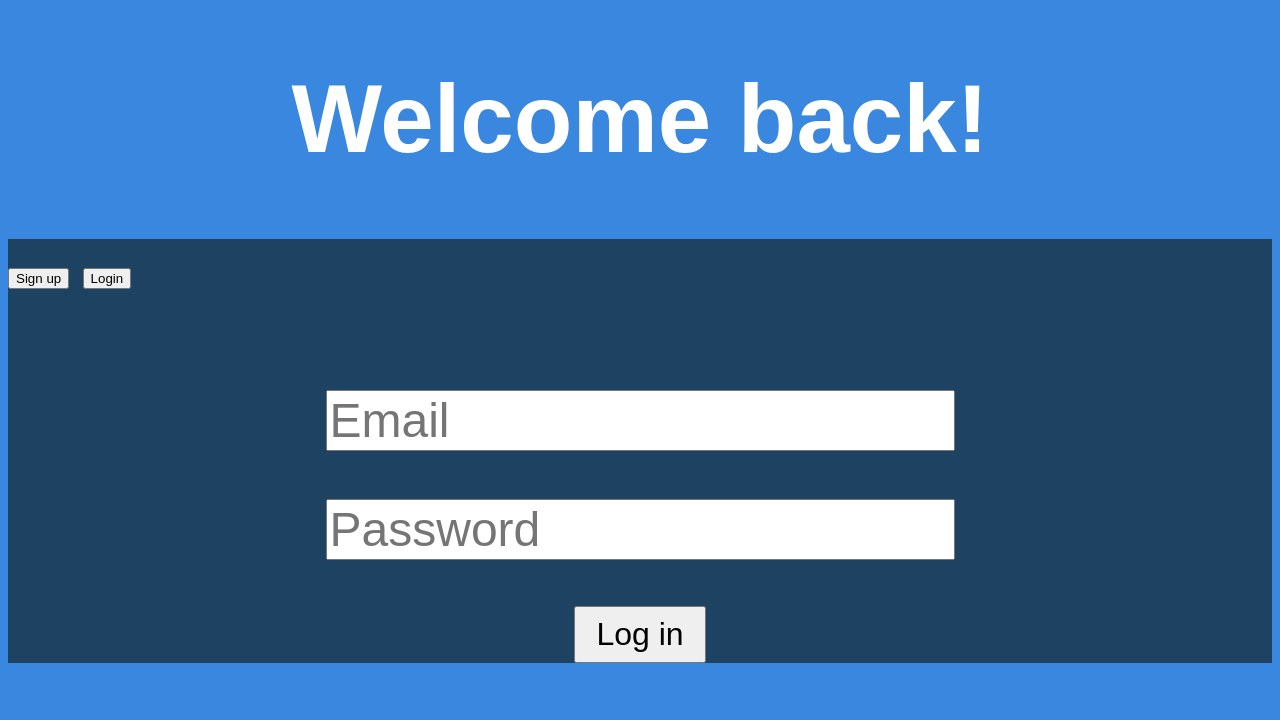
Repository: NicolasssCarlos/basic-flask-login
Page: http://localhost/
These files come from the project's save history. The page is drawn as it stood at one moment and after the next save; the edit follows.
The browser window is 1280 px wide. The pictures show the whole page.
The page is served by the project's application, run on Flask 3 (app.py).

Above is the page before, as saved 2025-06-11 20:35:50.

After the next save:
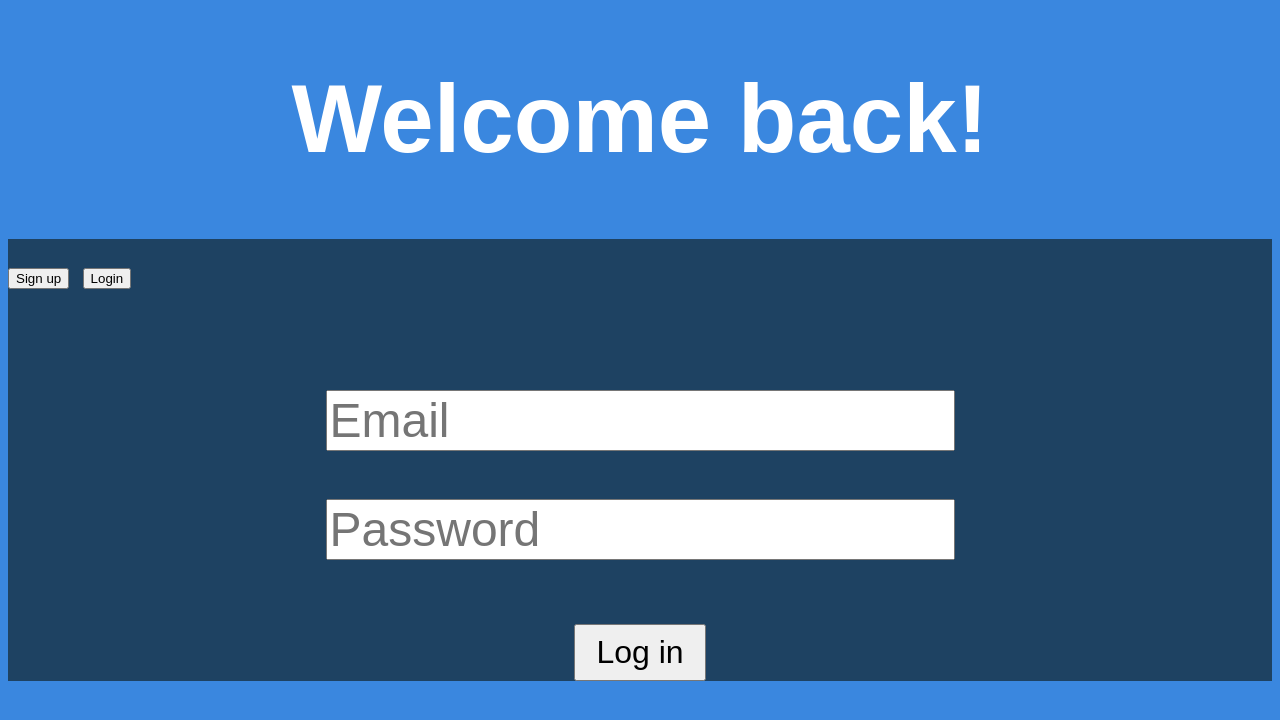
Saved 7 s later.
--- a/static/main.css
+++ b/static/main.css
@@ -120,5 +120,5 @@
     padding: 0.5rem;
 
 
-    margin-top: 2dvh;
+    margin-top: 2rem;
 }
